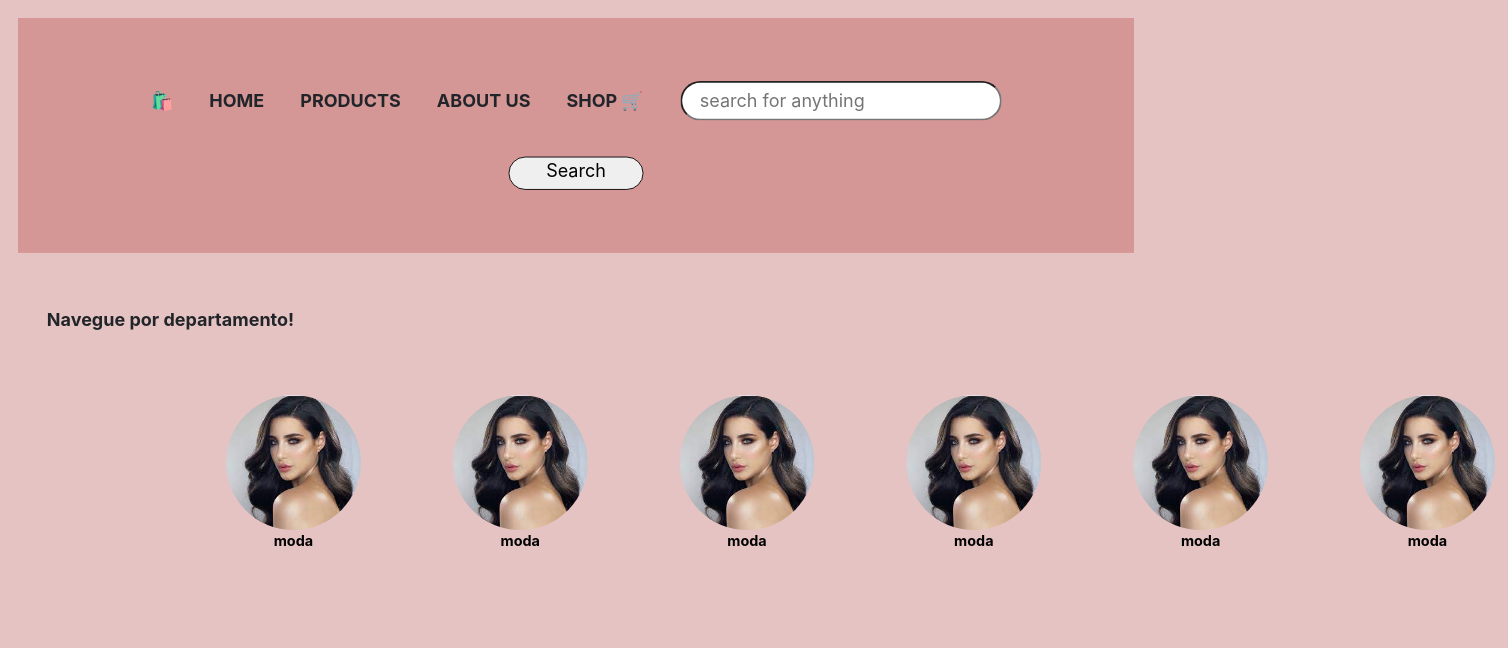
Repository: thf4/Project-Shop
Page: /
These files come from the project's save history. The page is drawn as it stood at one moment and after the next save; the edit follows.
The browser window is 1280 px wide. The page is 1676 px wide, so the pictures cover 1676 px, including what lies to the right of the window. The pictures show the whole page, at 90% of full size.
The project was rebuilt for these pictures with package versions that can differ from the ones it lists, and the page was loaded fresh each time.

Above is the page before, as saved 2021-04-22 15:59:43.

### src/index.js
import React from 'react';
import ReactDOM from 'react-dom';
import 'bootstrap/dist/css/bootstrap.min.css';
import App from './App'
import Exemplo from './Exemplo'

ReactDOM.render(
  <React.StrictMode>
   <App />
   <Exemplo />
  </React.StrictMode>,
  document.getElementById('root')
);

### src/App.js
/* eslint-disable jsx-a11y/anchor-is-valid */
import "./App.css";

function App() {
  return (
    <div className="App">
      <header className="App-header">
        <ul id="Lista">
          <li>🛍</li>
          <li> HOME </li>
          <li> PRODUCTS </li>
          <li> ABOUT US</li>
          <li> SHOP 🛒</li>
          <li>
            <input
              type="text"
              id="area-find"
              placeholder="search for anything"
            />
          </li>
          <li>
            <button id="button" for="input">
              Search
            </button>
          </li>
        </ul>

      </header>
    </div>
  );
}

export default App;

### src/Exemplo.js
import "./Exemplo.css";

const img =
  "data:[embedded picture, 8015 characters]";
const alt = "Area De Beleza";
const links = "#";
const nameSection = "moda";

function Exemplo() {
  return (
    <div>
      <h2>Navegue por departamento!</h2>
      <section className="list">
        <Foto />
        <Foto />
        <Foto />
        <Foto />
        <Foto />
        <Foto />
      </section>
    </div>
  );
}

const Foto = () => {
  return (
    <article className="foto-banner">
      <a className="link" href={links}>
        <img className="foto" src={img} alt={alt} /> {nameSection}
      </a>
    </article>
  );
};

export default Exemplo;

### src/App.css
*{
  margin:0;
  padding:0;
  box-sizing: border-box;
}



.App{
  width: 100%;
  height: auto;
  padding: 20px;
}
body{
  background:#a0171741;
}


#Lista{
  list-style-type: none;
  margin: 0;

  font-weight: bold;
  text-align: center;
  padding: 50px 50px;
}
li{
 display: inline-block;
 font-size: 20px;
 padding: 20px;

}
li:hover{
  color: rgb(209, 9, 59);
}
#button{
  border-radius: 30px;
  border-style: groove;
  border-width: 1px;
  height: 35px;
  width: 150px;
  padding-bottom:35px;
}

#area-find{
  padding:20px;
  border-radius: 50px;
  height: 40px;
  width: 100%;
}
#button:hover{
  border-style: hidden;
}
.App-header{

  background-color: #a0171741;
}

### src/Exemplo.css
.foto-banner{
width:180px;
padding: 10px;
border-radius: 20px;
margin: 20px;
text-align: center;


}
h2{
  padding: 10px 20px;
  margin: 2rem;
  font-weight: bold;
  font-size: 20px;
}
.foto{
  width: 150px;
  border-radius: 120px;
  border-style: hidden  ;

}
.link{
  font-weight: bold;
  color: black;
}
.foto-banner:hover{

border: solid 1px black;


}
.list{
  width: 90vw;
  max-width: 940px;
  margin: 1rem;

  padding-left: 200px;
  display: grid;
  gap: 2rem;
  list-style-type: none;
}
@media screen{
.list {
  grid-template-columns: repeat(6,1fr);
}


}

Loaded but not shown: public/index.html (common file)

After the next save:
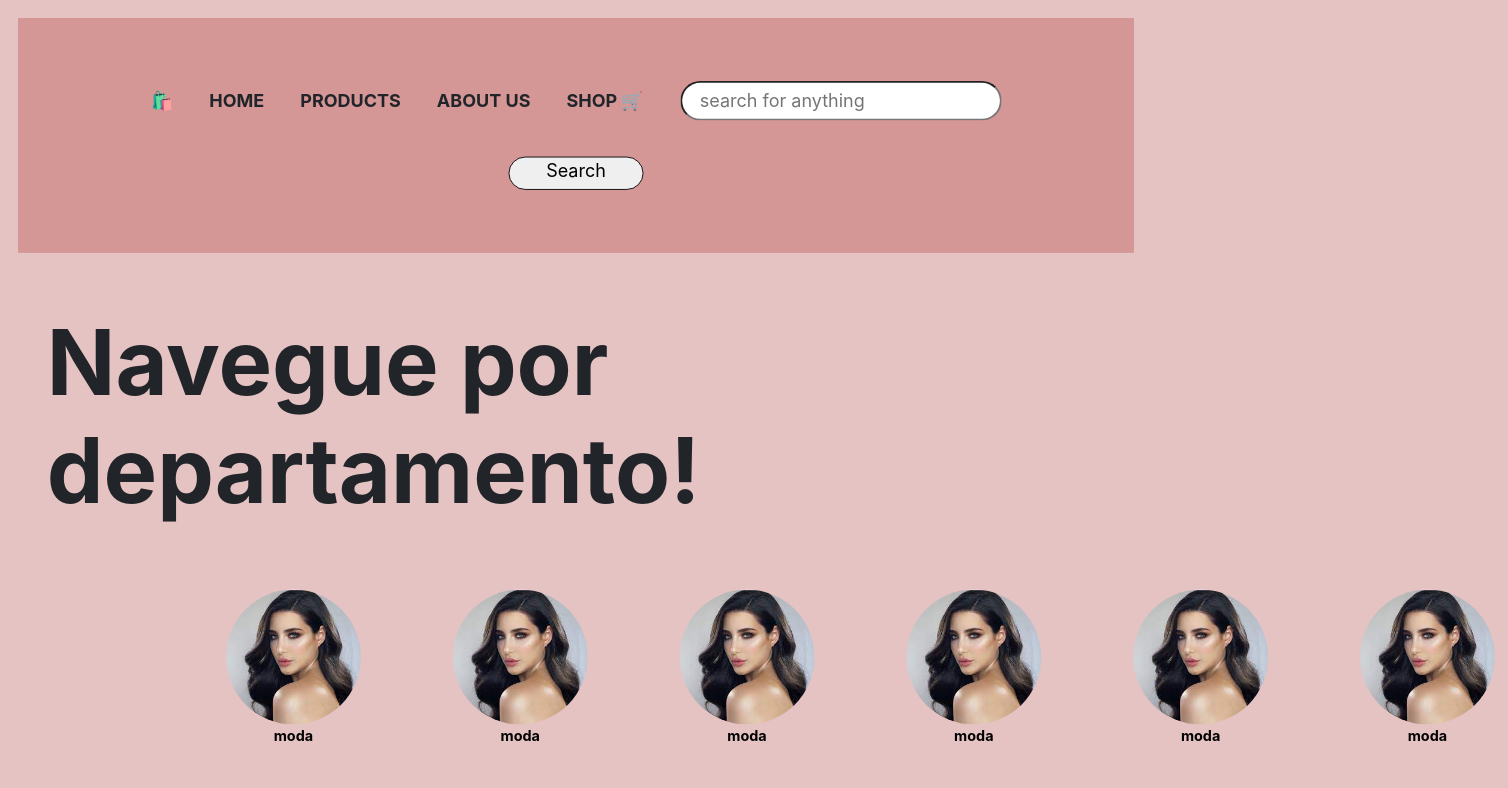
Saved 5 s later.
--- a/src/Exemplo.css
+++ b/src/Exemplo.css
@@ -11,7 +11,7 @@ h2{
   padding: 10px 20px;
   margin: 2rem;
   font-weight: bold;
-  font-size: 20px;
+  font-size: 100px;
 }
 .foto{
   width: 150px;
